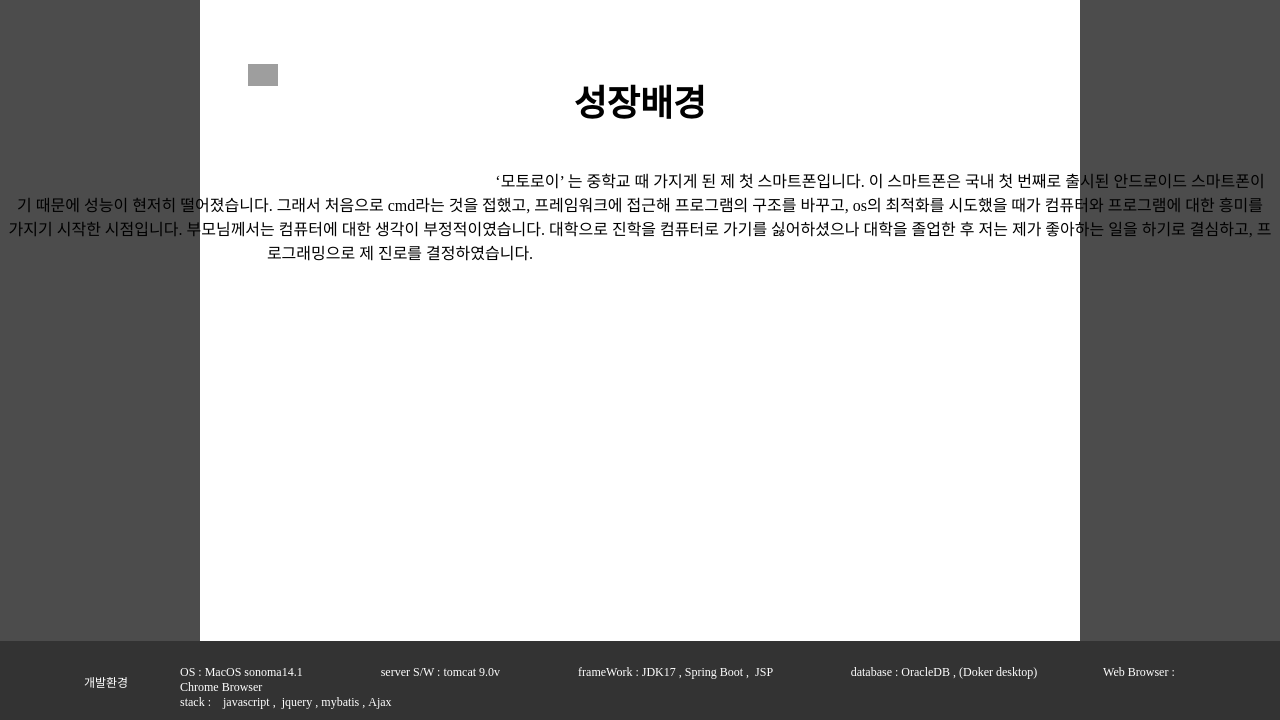
Repository: LeeHaNeul96/Leehaneul
Page: http://localhost/com.introduce/WEB-INF/views/more2.jsp
An editor plug-in stored every save of this project. The page is shown before and after the next save, followed by the edit.
The browser window is 1280 px wide. The pictures show the whole page.
Pictures or frames that could not be fetched are drawn as grey boxes. The page is served by Tomcat 9. Nobody is signed in. The template is opened directly, without the code that normally fills it, so the values that code supplies are empty.

Above is the page before, as saved 2023-10-31 10:18:01.
Console error: ReferenceError: $h2Elements is not defined

After the next save:
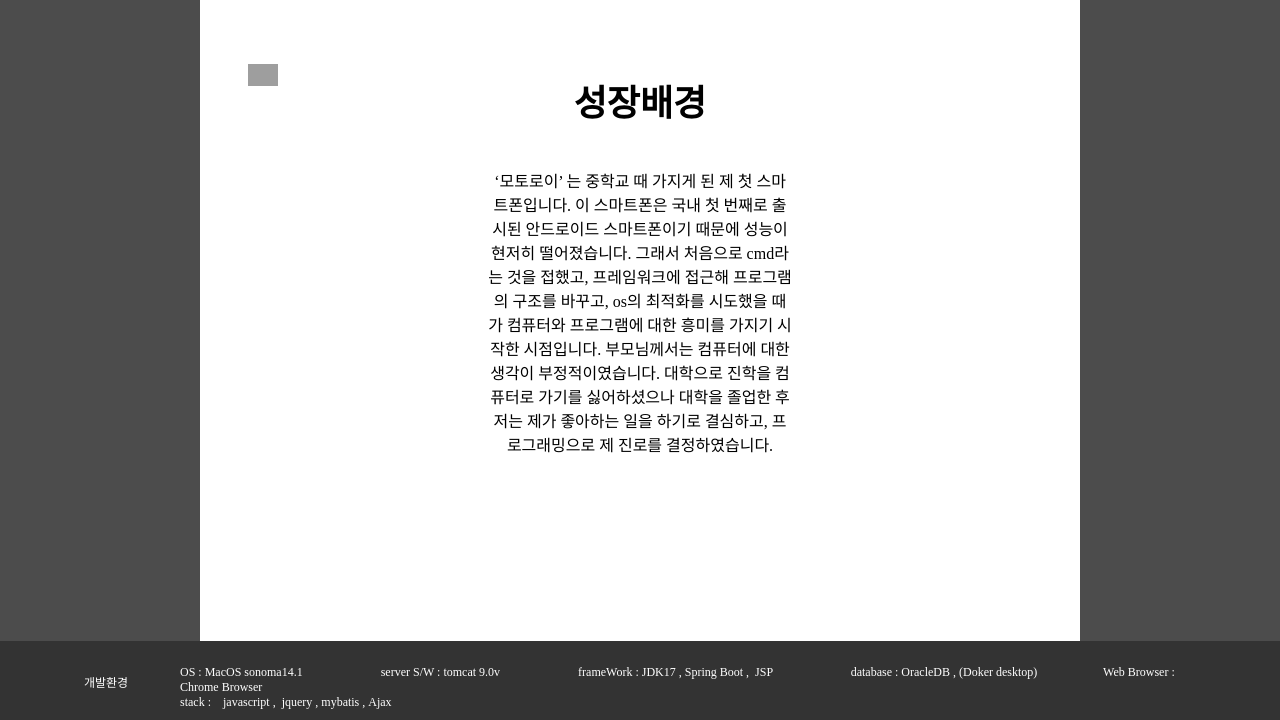
Saved 13 s later.
--- a/com.introduce/src/main/webapp/WEB-INF/views/more2.jsp
+++ b/com.introduce/src/main/webapp/WEB-INF/views/more2.jsp
@@ -109,10 +109,10 @@ $(function() {
 <a href="/main/view"><img style="width:30px; text-align:left; margin-left:15em; margin-top: 3em; margin-bottom: -4em;" alt="" src="/images/free-icon-go-back-left-arrow-61022.png"></a>
 <div class="container">
 <h1> 성장배경 </h1><br>
-<span class="content">
+<div class="content">
 ‘모토로이’ 는 중학교 때 가지게 된 제 첫 스마트폰입니다. 이 스마트폰은 국내 첫 번째로 출시된 안드로이드 스마트폰이기 때문에 성능이 현저히 떨어졌습니다. 그래서 처음으로 cmd라는 것을 접했고, 프레임워크에 접근해 프로그램의 구조를 바꾸고, os의 최적화를 시도했을 때가 컴퓨터와 프로그램에 대한 흥미를 가지기 시작한 시점입니다.
 부모님께서는 컴퓨터에 대한 생각이 부정적이였습니다. 대학으로 진학을 컴퓨터로 가기를 싫어하셨으나 대학을 졸업한 후 저는 제가 좋아하는 일을 하기로 결심하고, 프로그래밍으로 제 진로를 결정하였습니다.
-</span>
+</div>
 </div>
 
 
